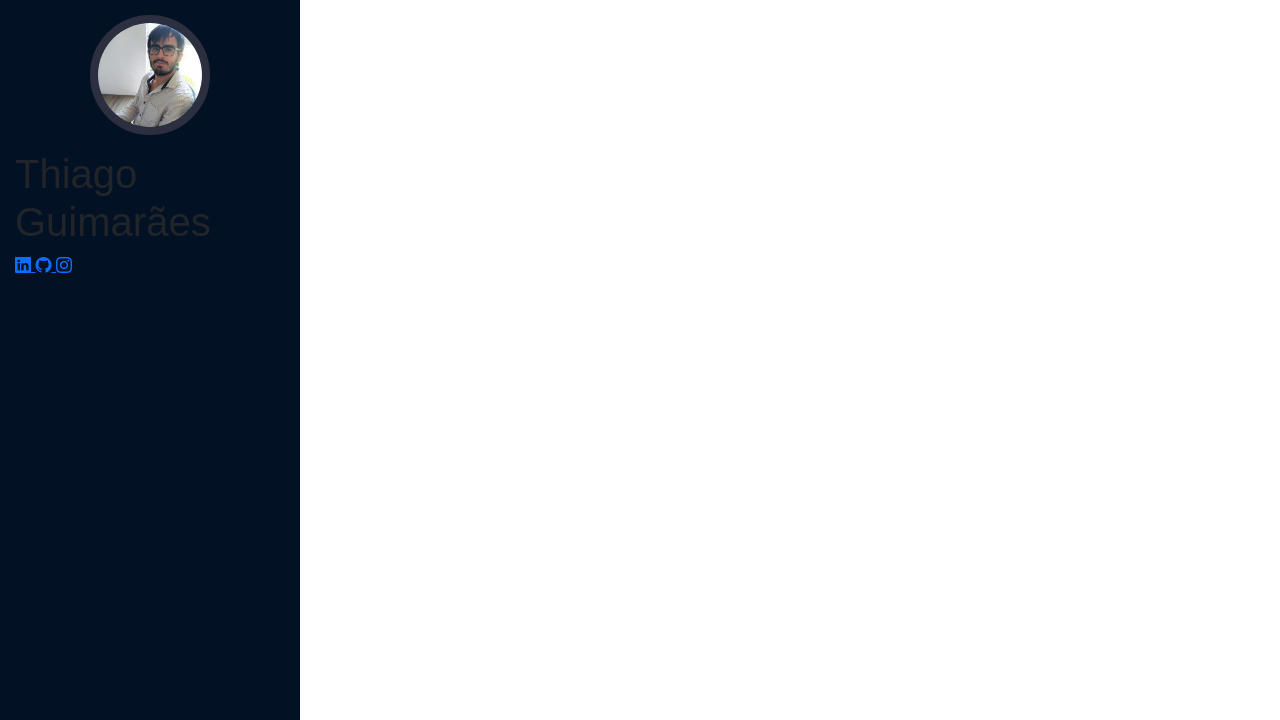
Repository: Rayago/projeto-portfolio
Page: http://localhost/
An editor plug-in stored every save of this project. The page is shown before and after the next save, followed by the edit.
The browser window is 1280 px wide. The pictures show the whole page.
Some web fonts or font styles are not loaded; a fallback is used. The page is served by the project's application, run on Flask 3 (app.py).

Above is the page before, as saved 2022-07-11 23:06:27.

After the next save:
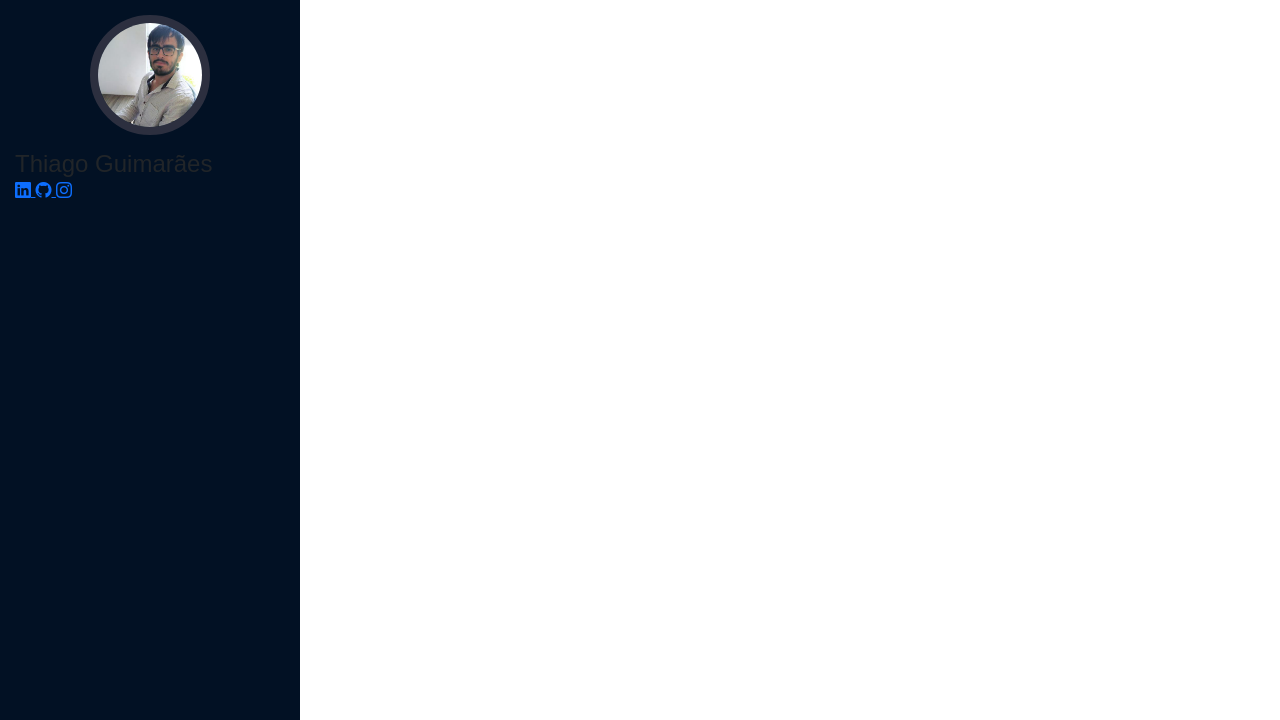
Saved 45 s later.
--- a/static/style.css
+++ b/static/style.css
@@ -26,3 +26,8 @@ html, body {
     border: 8px solid #2c2f3f;
     border-radius: 50%;
 }
+
+#header .profile h1 {
+    font-size: 24px;
+    margin: 0;
+}
